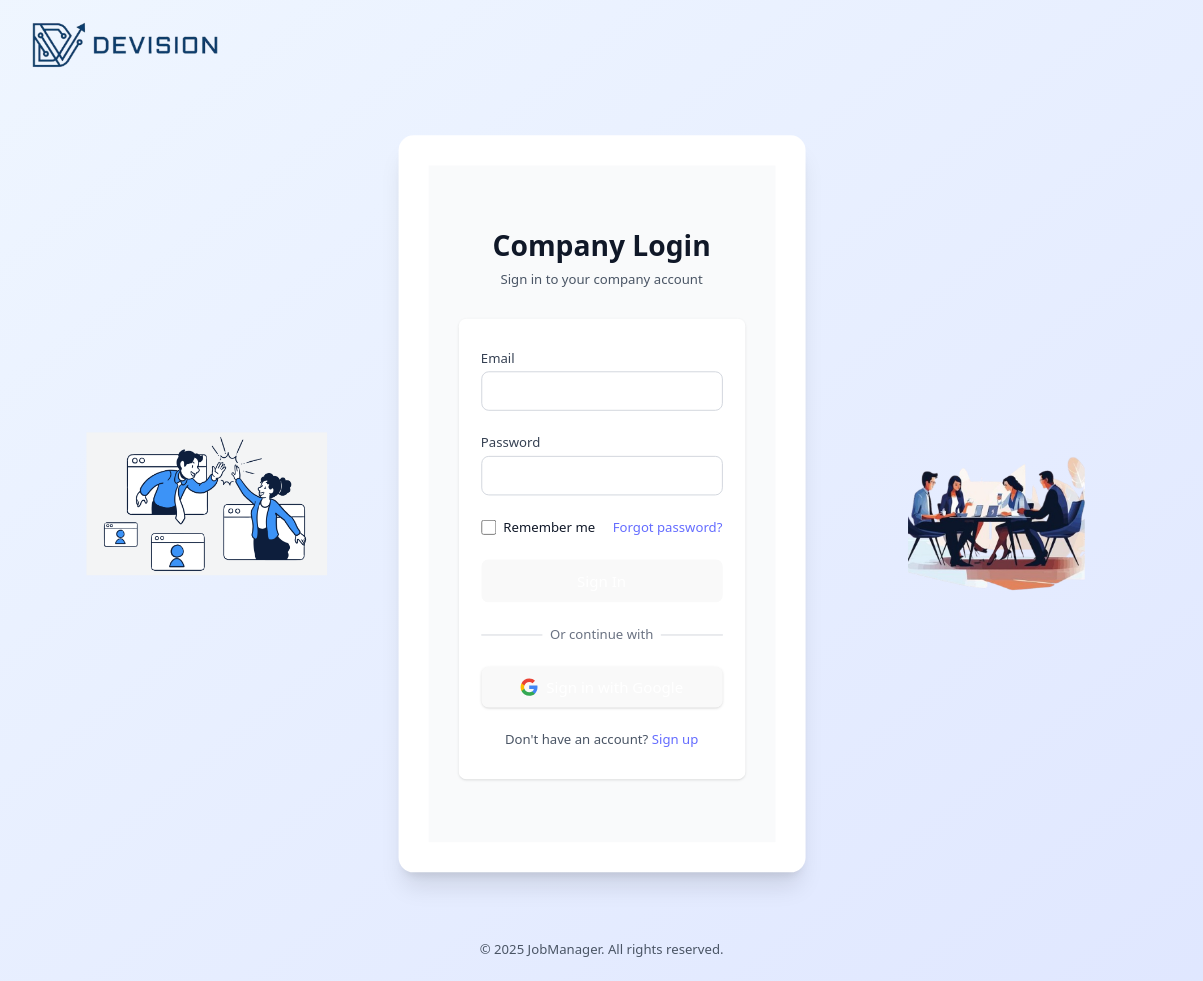
Repository: ISYS3461-2025C-Mulan-DEVision/JobManager_FE
Page: /login
These files come from the project's save history. The page is drawn as it stood at one moment and after the next save; the edit follows.
The browser window is 1280 px wide. The pictures show the whole page, at 94% of full size.
The project was rebuilt for these pictures with package versions that can differ from the ones it lists, and the page was loaded fresh each time. Also part of the build but not shown: vite.config.js, src/pages/Home.tsx, src/components/headless/Table/Table.tsx, src/components/headless/Modal/Modal.tsx, src/components/ui/Card/Card.tsx, src/components/ui/Spinner/Spinner.tsx, src/components/ui/Alert/Alert.tsx.

Above is the page before, as saved 2025-12-12 12:04:08.

### index.html
<!doctype html>
<html lang="en">
  <head>
    <meta charset="UTF-8" />
    <link rel="icon" type="image/svg+xml" href="/logo/logo-icon.png" />
    <meta name="viewport" content="width=device-width, initial-scale=1.0" />
    <title>jobmanager-fe</title>
  </head>
  <body>
    <div id="root"></div>
    <script type="module" src="/src/main.jsx"></script>
  </body>
</html>

### src/main.tsx
import React, { StrictMode } from "react";
import { createRoot } from "react-dom/client";
import "./index.css";
import { BrowserRouter } from "react-router-dom";
import App from "./App.js";
import { Provider } from "react-redux";
import store from "./store/index.js";

const container = document.getElementById("root")!;
if (!container) {
    throw new Error("Root container not found");
} else {
    createRoot(container).render(
        <StrictMode>
            <Provider store={store}>
                <BrowserRouter>
                    <App />
                </BrowserRouter>
            </Provider>
        </StrictMode>,
    );
}

### src/index.css
@import "tailwindcss";

:root {
    font-family: system-ui, Avenir, Helvetica, Arial, sans-serif;
    line-height: 1.5;
    font-weight: 400;

    color-scheme: light dark;
    color: rgba(255, 255, 255, 0.87);
    background-color: #242424;

    font-synthesis: none;
    text-rendering: optimizeLegibility;
    -webkit-font-smoothing: antialiased;
    -moz-osx-font-smoothing: grayscale;
}

a {
    font-weight: 500;
    color: #646cff;
    text-decoration: inherit;
}
a:hover {
    color: #535bf2;
}

body {
    margin: 0;
    min-width: 320px;
    min-height: 100vh;
}

h1 {
    font-size: 3.2em;
    line-height: 1.1;
}

button {
    border-radius: 8px;
    border: 1px solid transparent;
    padding: 0.6em 1.2em;
    font-size: 1em;
    font-weight: 500;
    font-family: inherit;
    background-color: #1a1a1a;
    cursor: pointer;
    transition: border-color 0.25s;
}
button:hover {
    border-color: #646cff;
}
button:focus,
button:focus-visible {
    outline: 4px auto -webkit-focus-ring-color;
}

@media (prefers-color-scheme: light) {
    :root {
        color: #213547;
        background-color: #ffffff;
    }
    a:hover {
        color: #747bff;
    }
    button {
        background-color: #f9f9f9;
    }
}

### src/App.tsx
import { Routes, Route, Link, useLocation } from "react-router-dom";
import Home from "./pages/Home";
import LoginPage from "./pages/LoginPage";

function App() {
    const location = useLocation();
    const isAuthPage = location.pathname === "/login";

    return (
        <div>
            {!isAuthPage && (
                <nav className="p-4 bg-gray-800 text-white flex gap-4">
                    <Link to="/">Home</Link>
                    <Link to="/login">Login</Link>
                </nav>
            )}

            <Routes>
                <Route path="/" element={<Home />} />
                <Route path="/login" element={<LoginPage />} />
            </Routes>
        </div>
    );
}

export default App;

### src/store/index.ts
import configureStore from "./configureStore";
const store = configureStore();
export default store;

### src/pages/LoginPage.tsx
import React from "react";
import { CompanyLogin } from "../components/feature/Authentication/CompanyLogin";
import AuthLayout from "../layout/AuthLayout";

export default function LoginPage() {
    return (
        <AuthLayout>
            <CompanyLogin />
        </AuthLayout>
    );
}

### src/store/configureStore.ts
import { createStore, applyMiddleware, Store } from "redux";
import { createLogger } from "redux-logger";
import createSagaMiddleware from "redux-saga";
import { enableBatching } from "redux-batched-actions";
import createReducer from "./reducers";
import rootSaga from "./saga";

const configureStore = (initialState = {}): Store => {
    const rootReducer = createReducer();
    const sagaMiddleware = createSagaMiddleware();

    const middlewares = [sagaMiddleware];

    const isDev = import.meta.env.VITE_NODE_ENV === "development";

    if (isDev) {
        const loggerMiddleware = createLogger({
            collapsed: () => true,
        });
        (middlewares as any[]).push(loggerMiddleware);
    }

    const store = createStore(
        enableBatching(rootReducer),
        initialState,
        applyMiddleware(...middlewares),
    );

    sagaMiddleware.run(rootSaga);

    return store;
};

export default configureStore;

### src/redux/app/actions.ts
import * as types from "./type";

const setLoading = (payload: boolean) => ({ type: types.SET_LOADING, payload });
const setError = (payload: string | null) => ({
    type: types.SET_ERROR,
    payload,
});
const setInitialized = (payload: boolean) => ({
    type: types.SET_INITIALIZED,
    payload,
});
const reset = () => ({ type: types.RESET });

const toggleLoadingAsync = (payload: boolean) => ({
    type: types.TOGGLE_LOADING_ASYNC,
    payload,
});

export default {
    setLoading,
    setError,
    setInitialized,
    reset,
    toggleLoadingAsync,
};

### src/components/feature/Authentication/CompanyLogin/index.ts
export { CompanyLogin } from "./CompanyLogin";

### src/layout/AuthLayout.tsx
import { ReactNode } from 'react';

interface AuthLayoutProps {
    children: ReactNode;
}

const AuthLayout = ({ children }: AuthLayoutProps) => {
    return (
        <div className="min-h-screen flex flex-col bg-gradient-to-br from-blue-50 to-indigo-100">
            {/* Simple Header - Logo only */}
            <header className="py-6 px-8">
                <div className="flex items-center">
                    <img
                        src="/logo/logo.png"
                        alt="JobManager Logo"
                        className="h-12 w-auto"
                    />
                </div>
            </header>

            {/* Centered Content Panel */}
            <main className="flex-1 flex flex-row px-4 py-12">
                <div className="flex-1 flex items-center justify-center">
                    <img src="/auth/background-login-left.png" alt="Left background" className="h-64 w-64 object-contain" />
                </div>
                <div className="flex items-center justify-center">
                    <div className="w-full max-w-xl">
                        {/* Card wrapper for the form */}
                        <div className="bg-white rounded-2xl shadow-xl p-8">
                            {children}
                        </div>
                    </div>
                </div>
                <div className="flex-1 flex items-center justify-center">
                    <img src="/auth/background-login-right.png" alt="Right background" className="h-64 w-64 object-contain" />
                </div>
            </main>

            {/* Simple Footer - Copyright only */}
            <footer className="py-6 px-4">
                <div className="max-w-md mx-auto text-center">
                    <p className="text-sm text-gray-600">
                        © {new Date().getFullYear()} JobManager. All rights reserved.
                    </p>
                </div>
            </footer>
        </div>
    );
};

export default AuthLayout;

### src/store/reducers.ts
import { combineReducers } from "redux";
import { reducers } from "../redux";
import _ from "lodash";

const appReducer = combineReducers(reducers);
export default function createReducer() {
    const rootReducer = (state, action) => {
        if (action.type === "FORCE_UPDATE_GLOBAL_STATE") {
            return appReducer(_.cloneDeep(action.payload), action as never);
        }
        return appReducer(state, action as never);
    };

    return rootReducer;
}

### src/store/saga.ts
import { all, fork } from "redux-saga/effects";
import { sagas } from "../redux";

export default function* rootSaga() {
    yield all([...Object.values(sagas)].map(fork));
}

### src/redux/app/type.ts
const prefix = "APP/";

export const SET_LOADING = `${prefix}SET_LOADING`;
export const SET_ERROR = `${prefix}SET_ERROR`;
export const SET_INITIALIZED = `${prefix}SET_INITIALIZED`;
export const RESET = `${prefix}RESET`;

// test async action
export const TOGGLE_LOADING_ASYNC = `${prefix}TOGGLE_LOADING_ASYNC`;

### src/components/feature/Authentication/CompanyLogin/CompanyLogin.tsx
import React from "react";
import { HeadlessForm } from "@/components/headless";
import { CompanyLoginForm } from "./CompanyLoginForm";
import { useCompanyLogin } from "./hooks/useCompanyLogin";
import { LoginPayload } from "./types";

// Validation function
const validateLoginForm = (values: LoginPayload) => {
  const errors: Partial<Record<keyof LoginPayload, string>> = {};

  if (!values.email) {
    errors.email = "Email is required";
  } else if (!/^[A-Z0-9._%+-]+@[A-Z0-9.-]+\.[A-Z]{2,}$/i.test(values.email)) {
    errors.email = "Invalid email address";
  }

  if (!values.password) {
    errors.password = "Password is required";
  } else if (values.password.length < 6) {
    errors.password = "Password must be at least 6 characters";
  }

  return errors;
};

export const CompanyLogin: React.FC = () => {
  const { login, isLoading, error } = useCompanyLogin();

  return (
    <HeadlessForm<LoginPayload>
      initialValues={{ email: "", password: "" }}
      onSubmit={login}
      validate={validateLoginForm}
    >
      {(formProps) => (
        <CompanyLoginForm {...formProps} isLoading={isLoading} error={error} />
      )}
    </HeadlessForm>
  );
};

### src/redux/index.ts
const loadModules = (modules: Record<string, any>, hasDefault = false) =>
    Object.entries(modules).map(([path, mod]) => {
        const parts = path.split("/");
        return {
            name: parts.at(-1)!.replace(".js", "").toUpperCase(),
            key: parts.at(-2)!,
            data: hasDefault ? mod.default : mod,
        };
    });

const rawActions = loadModules(
    import.meta.glob("./**/actions.ts", { eager: true }),
    true,
);

const rawTypes = loadModules(
    import.meta.glob("./**/types.ts", { eager: true }),
    false,
);

const rawReducers = loadModules(
    import.meta.glob("./**/reducer.ts", { eager: true }),
    true,
);

const rawSagas = loadModules(
    import.meta.glob("./**/saga.ts", { eager: true }),
    false,
);

// Final exports
export const actions = rawActions.reduce((p, e) => ({ ...p, ...e.data }), {});
export const types = rawTypes.reduce((p, e) => ({ ...p, ...e.data }), {});
export const reducers = rawReducers.reduce(
    (p, e) => ({ ...p, [e.key]: e.data }),
    {},
);
export const sagas = rawSagas.reduce((p, e) => ({ ...p, ...e.data }), {});

### src/components/headless/index.ts
// Headless Components - Logic without UI
export { HeadlessForm } from "./Form";
export { HeadlessTable } from "./Table";
export { useTable } from "./Table/useTable";
export { HeadlessModal } from "./Modal";

// Types
export * from "./types";
export type { TableColumn } from "./Table/useTable";

### src/components/feature/Authentication/CompanyLogin/hooks/useCompanyLogin.ts
import { useState } from 'react';
import AuthService, { LoginPayload } from '../../api/AuthService';

export const useCompanyLogin = () => {
  const [isLoading, setIsLoading] = useState(false);
  const [error, setError] = useState<string | null>(null);

  const login = async (formData: LoginPayload) => {
    setIsLoading(true);
    setError(null);

    try {
      await AuthService.loginCompany(formData);
      // Handle success (e.g., redirect, store token)
      console.log("Login successful");
    } catch (err) {
      setError("Failed to login. Please check your credentials.");
      console.error(err);
    } finally {
      setIsLoading(false);
    }
  };

  return {
    login,
    isLoading,
    error,
  };
};

### src/redux/app/reducer.ts
import * as types from "./type";
export interface AppState {
    loading: boolean;
    error: string | null;
    initialized?: boolean;
    test: string;
}

const INITIAL_STATE: AppState = {
    loading: true,
    error: null,
    initialized: false,
    test: "test",
};

type Action = { type: string; payload?: any };

export default function appReducer(
    state: AppState = INITIAL_STATE,
    action: Action,
): AppState {
    switch (action.type) {
        case types.SET_LOADING:
            return { ...state, loading: !!action.payload };
        case types.SET_ERROR:
            return { ...state, error: action.payload ?? null, loading: false };
        case types.SET_INITIALIZED:
            return { ...state, initialized: !!action.payload };
        case types.RESET:
            return { ...INITIAL_STATE };
        default:
            return state;
    }
}

### src/redux/app/saga.ts
import { takeEvery, put, delay } from "redux-saga/effects";
import * as types from "./type";
import actions from "./actions";

function* handleToggleLoading(action: any) {
    yield delay(300);
    yield put(actions.setLoading(action.payload));
}

export function* watchToggleLoading() {
    yield takeEvery(types.TOGGLE_LOADING_ASYNC, handleToggleLoading);
}

### src/components/headless/Form/index.ts
export { HeadlessForm } from "./Form";

### src/components/headless/Table/index.ts
export { HeadlessTable } from "./Table";
export { useTable } from "./useTable";
export type { TableColumn } from "./useTable";

### src/components/headless/Table/useTable.ts
import { useState, useMemo } from "react";

export interface TableColumn<T> {
  key: keyof T;
  header: string;
  render?: (item: T) => React.ReactNode;
}

interface UseTableProps<T> {
  data: T[];
  columns: TableColumn<T>[];
  initialPage?: number;
  pageSize?: number;
}

export const useTable = <T>({
  data,
  initialPage = 1,
  pageSize = 10,
}: UseTableProps<T>) => {
  const [currentPage, setCurrentPage] = useState(initialPage);
  const [sortConfig, setSortConfig] = useState<{
    key: keyof T;
    direction: "asc" | "desc";
  } | null>(null);

  const sortedData = useMemo(() => {
    let sortableItems = [...data];
    if (sortConfig !== null) {
      sortableItems.sort((a, b) => {
        if (a[sortConfig.key] < b[sortConfig.key]) {
          return sortConfig.direction === "asc" ? -1 : 1;
        }
        if (a[sortConfig.key] > b[sortConfig.key]) {
          return sortConfig.direction === "asc" ? 1 : -1;
        }
        return 0;
      });
    }
    return sortableItems;
  }, [data, sortConfig]);

  const paginatedData = useMemo(() => {
    const startIndex = (currentPage - 1) * pageSize;
    return sortedData.slice(startIndex, startIndex + pageSize);
  }, [sortedData, currentPage, pageSize]);

  const totalPages = Math.ceil(data.length / pageSize);

  const requestSort = (key: keyof T) => {
    let direction: "asc" | "desc" = "asc";
    if (
      sortConfig &&
      sortConfig.key === key &&
      sortConfig.direction === "asc"
    ) {
      direction = "desc";
    }
    setSortConfig({ key, direction });
  };

  const goToPage = (page: number) => {
    if (page >= 1 && page <= totalPages) {
      setCurrentPage(page);
    }
  };

  return {
    data: paginatedData,
    sortConfig,
    requestSort,
    currentPage,
    totalPages,
    goToPage,
  };
};

### src/components/headless/Modal/index.ts
export { HeadlessModal } from "./Modal";

### src/components/headless/types.ts
// Headless Form Types
export interface HeadlessFormProps<T> {
    initialValues?: T;
    onSubmit: (values: T) => void;
    validate?: (values: T) => Partial<Record<keyof T, string>>;
    children: (props: FormRenderProps<T>) => React.ReactNode;
    className?: string;
}

export interface FormRenderProps<T> {
    values: T;
    errors: Partial<Record<keyof T, string>>;
    touched: Partial<Record<keyof T, boolean>>;
    handleChange: (
        e: React.ChangeEvent<
            HTMLInputElement | HTMLTextAreaElement | HTMLSelectElement
        >,
    ) => void;
    handleBlur: (field: keyof T) => void;
    handleSubmit: (e: React.FormEvent) => void;
    setFieldValue: (field: keyof T, value: any) => void;
    isValid: boolean;
}

// Headless Table Types
export interface TableColumn<T> {
    key: keyof T;
    label: string;
    sortable?: boolean;
    render?: (value: any, item: T) => React.ReactNode;
}

export interface HeadlessTableProps<T> {
    data: T[];
    columns: TableColumn<T>[];
    pageSize?: number;
    className?: string;
    renderHeader?: (
        columns: TableColumn<T>[],
        requestSort: (key: keyof T) => void,
        sortConfig: SortConfig<T> | null,
    ) => React.ReactNode;
    renderRow?: (item: T, columns: TableColumn<T>[]) => React.ReactNode;
    renderPagination?: (pagination: PaginationProps) => React.ReactNode;
}

export interface SortConfig<T> {
    key: keyof T;
    direction: "asc" | "desc";
}

export interface PaginationProps {
    currentPage: number;
    totalPages: number;
    goToPage: (page: number) => void;
    nextPage: () => void;
    prevPage: () => void;
}

// Headless Modal Types
export interface HeadlessModalProps {
    isOpen: boolean;
    onClose: () => void;
    children: (props: ModalRenderProps) => React.ReactNode;
    closeOnOverlayClick?: boolean;
    closeOnEscape?: boolean;
}

export interface ModalRenderProps {
    close: () => void;
}

### src/components/ui/index.ts
// UI Components - Presentational components with styling
export * from "./Button";
export * from "./Input";
export * from "./Card";
export * from "./Spinner";
export * from "./Alert";
export * from "./GoogleLogo";

### src/components/feature/Authentication/api/AuthService.ts
// import { HttpClient } from "../../../../services/httpClient";

export interface LoginPayload {
  email: string;
  password: string;
}

export const loginCompany = async (payload: LoginPayload) => {
  // Replace with actual API endpoint
  // return HttpClient.post('/auth/company/login', payload);

  // Mock implementation for now
  console.log("Logging in company with:", payload);
  return new Promise((resolve) => {
    setTimeout(
      () => resolve({ token: "mock-token", user: { name: "Company Admin" } }),
      1000
    );
  });
};

const AuthService = {
  loginCompany,
};

export default AuthService;

### src/components/ui/Button/index.ts
export { Button } from "./Button";
export type { ButtonProps } from "./Button";

### src/components/ui/Input/index.ts
export { Input } from "./Input";
export type { InputProps } from "./Input";

### src/components/ui/Card/index.ts
export { Card, CardHeader, CardBody, CardFooter } from "./Card";
export type { CardProps } from "./Card";

### src/components/ui/Spinner/index.ts
export { Spinner } from "./Spinner";
export type { SpinnerProps } from "./Spinner";

### src/components/ui/Alert/index.ts
export { Alert } from "./Alert";
export type { AlertProps } from "./Alert";

### src/components/ui/GoogleLogo/index.ts
export { GoogleLogo } from "./GoogleLogo";
export type { GoogleLogoProps } from "./GoogleLogo";

### src/components/ui/Input/Input.tsx
import React from "react";
import clsx from "clsx";

export interface InputProps extends React.InputHTMLAttributes<HTMLInputElement> {
    label?: string;
    error?: string;
    helperText?: string;
    fullWidth?: boolean;
}

export const Input: React.FC<InputProps> = ({
    label,
    error,
    helperText,
    fullWidth = false,
    className,
    id,
    ...props
}) => {
    const inputId = id || label?.toLowerCase().replace(/\s+/g, "-");

    return (
        <div className={clsx("flex flex-col gap-1", fullWidth && "w-full")}>
            {label && (
                <label
                    htmlFor={inputId}
                    className="text-sm font-medium text-gray-700"
                >
                    {label}
                </label>
            )}
            <input
                id={inputId}
                className={clsx(
                    "px-3 py-2 border rounded-lg focus:outline-none focus:ring-2 transition-colors",
                    "text-gray-900 placeholder:text-gray-400",
                    error
                        ? "border-red-500 focus:ring-red-500 focus:border-red-500"
                        : "border-gray-300 focus:ring-blue-500 focus:border-blue-500",
                    props.disabled && "bg-gray-100 cursor-not-allowed",
                    className,
                )}
                {...props}
            />
            {error && <span className="text-sm text-red-600">{error}</span>}
            {helperText && !error && (
                <span className="text-sm text-gray-500">{helperText}</span>
            )}
        </div>
    );
};

### src/components/ui/GoogleLogo/GoogleLogo.tsx
import React from "react";
import clsx from "clsx";

export interface GoogleLogoProps {
    size?: "sm" | "md" | "lg";
    className?: string;
}

export const GoogleLogo: React.FC<GoogleLogoProps> = ({
    size = "md",
    className,
}) => {
    const sizeClasses = {
        sm: "w-4 h-4",
        md: "w-5 h-5",
        lg: "w-6 h-6",
    };

    return (
        <svg
            className={clsx(sizeClasses[size], className)}
            viewBox="0 0 24 24"
            xmlns="http://www.w3.org/2000/svg"
        >
            <path
                d="M22.56 12.25c0-.78-.07-1.53-.2-2.25H12v4.26h5.92c-.26 1.37-1.04 2.53-2.21 3.31v2.77h3.57c2.08-1.92 3.28-4.74 3.28-8.09z"
                fill="#4285F4"
            />
            <path
                d="M12 23c2.97 0 5.46-.98 7.28-2.66l-3.57-2.77c-.98.66-2.23 1.06-3.71 1.06-2.86 0-5.29-1.93-6.16-4.53H2.18v2.84C3.99 20.53 7.7 23 12 23z"
                fill="#34A853"
            />
            <path
                d="M5.84 14.09c-.22-.66-.35-1.36-.35-2.09s.13-1.43.35-2.09V7.07H2.18C1.43 8.55 1 10.22 1 12s.43 3.45 1.18 4.93l2.85-2.22.81-.62z"
                fill="#FBBC05"
            />
            <path
                d="M12 5.38c1.62 0 3.06.56 4.21 1.64l3.15-3.15C17.45 2.09 14.97 1 12 1 7.7 1 3.99 3.47 2.18 7.07l3.66 2.84c.87-2.6 3.3-4.53 6.16-4.53z"
                fill="#EA4335"
            />
        </svg>
    );
};

Loaded but not shown: src/components/feature/Authentication/CompanyLogin/CompanyLoginForm.tsx (153 lines, source omitted); src/components/headless/Form/Form.tsx (93 lines, source omitted); src/components/ui/Button/Button.tsx (81 lines, source omitted)

After the next save:
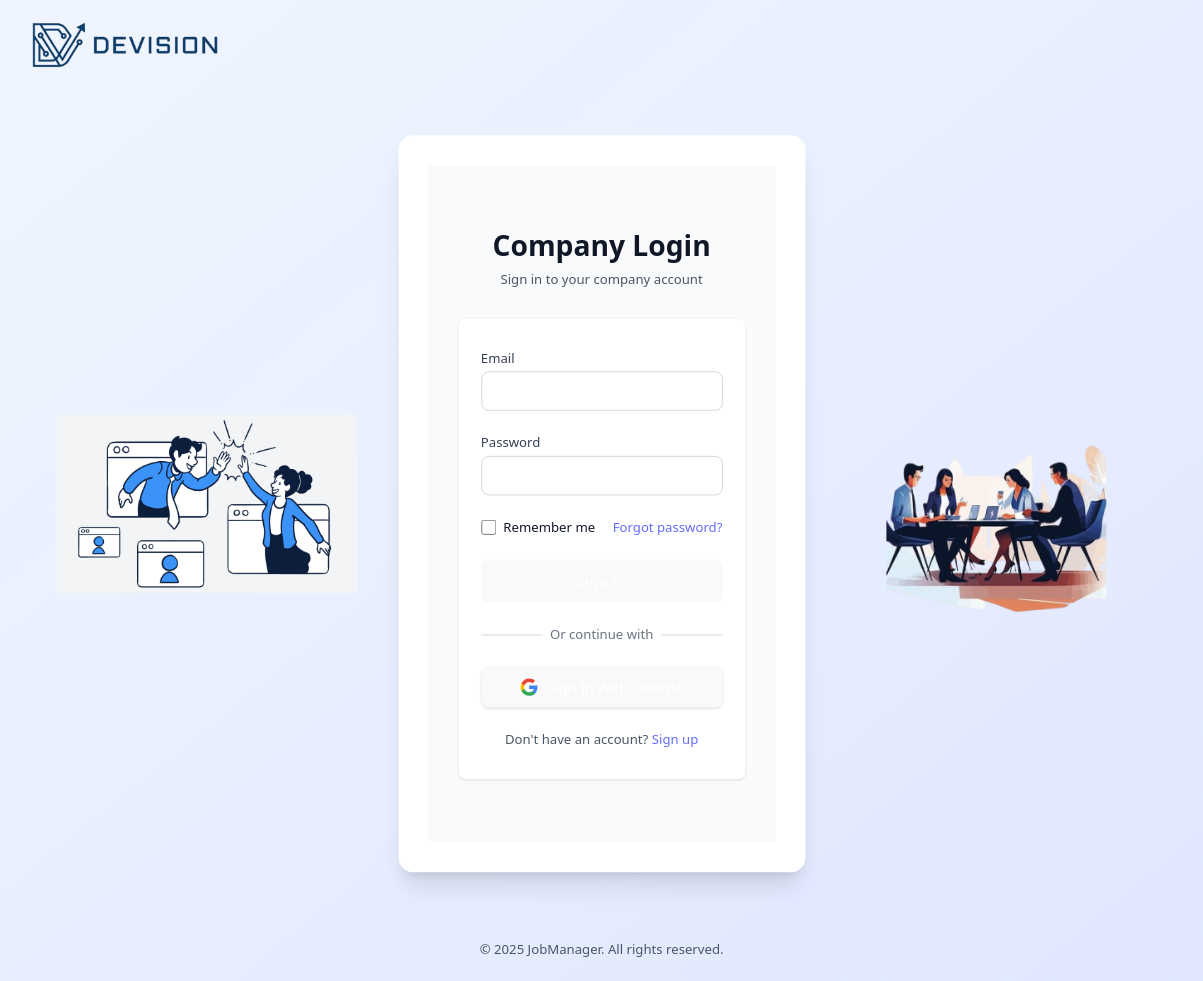
Saved 25 s later.
--- a/src/layout/AuthLayout.tsx
+++ b/src/layout/AuthLayout.tsx
@@ -21,7 +21,7 @@
             {/* Centered Content Panel */}
             <main className="flex-1 flex flex-row px-4 py-12">
                 <div className="flex-1 flex items-center justify-center">
-                    <img src="/auth/background-login-left.png" alt="Left background" className="h-64 w-64 object-contain" />
+                    <img src="/auth/background-login-left.png" alt="Left background" className="h-80 w-80 object-contain" />
                 </div>
                 <div className="flex items-center justify-center">
                     <div className="w-full max-w-xl">
@@ -32,7 +32,7 @@
                     </div>
                 </div>
                 <div className="flex-1 flex items-center justify-center">
-                    <img src="/auth/background-login-right.png" alt="Right background" className="h-64 w-64 object-contain" />
+                    <img src="/auth/background-login-right.png" alt="Right background" className="h-80 w-80 object-contain" />
                 </div>
             </main>
 
